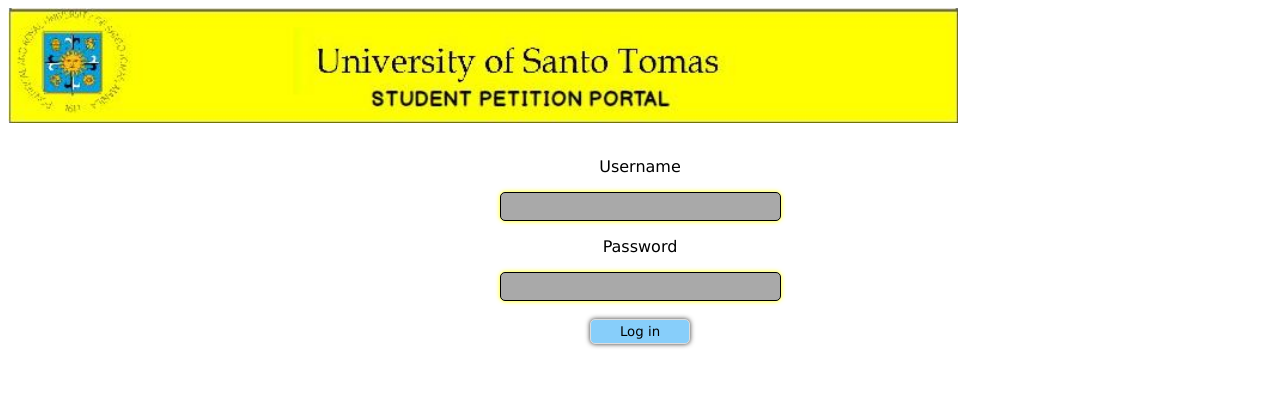
Repository: mawewatistel/PetitioningSystem
Page: http://localhost/SibuloTolentino/
These files come from the project's save history. The page is drawn as it stood at one moment and after the next save; the edit follows.
The browser window is 1280 px wide. The pictures show the whole page.
The page is served by Tomcat 9.

Above is the page before, as saved 2016-05-10 04:18:44.

### SibuloTolentino/WebContent/index.jsp
<%@ page language="java" contentType="text/html; charset=ISO-8859-1"
    pageEncoding="ISO-8859-1"%>
<!DOCTYPE html PUBLIC "-//W3C//DTD HTML 4.01 Transitional//EN" "http://www.w3.org/TR/html4/loose.dtd">
<html>
<head>
<meta http-equiv="Content-Type" content="text/html; charset=ISO-8859-1">
<title>Petition Classes</title>
</head>
<body>
<div id ="wrapperHeader">
<div id= "header">
<img src ="Images/ust.JPG" alt = "Missing Image!=" width = 950 height= >
</div>
</div>
<form action="login.jsp" method="post"> <br/>
<center><p>Username</p><input type="text" name="username"> <br/></center>
<center><p>Password</p><input type="password" name="password"> <br/>
<br><input type="submit" value="Log in"> </form> </center>

<style>
  input[type="text"] {
    background: #A9A9A9;
    border: 1px double black;
    border-radius: 5px;
    box-shadow: 0 0 5px yellow;
    color: black;
    outline: center;
    height:25px;
    width: 275px;
    font-family:"verdana";
  }

p{
	font-family: "verdana";
	alignment: left;
	}
input[type="submit"]{
    background: #87CEFA;
    border: 1px double #DDD;
    border-radius: 5px;
    box-shadow: 0 0 5px #333;
    color: ;
    outline: none;
    height:25px;
    width: 100px;
    font-family: "verdana";
    font-color: black;
}
input[type="password"]{
background: #A9A9A9;
    border: 1px double black;
    border-radius: 5px;
    box-shadow: 0 0 5px yellow;
    color: black;
    outline: center;
    height:25px;
    width: 275px;
    font-family:"verdana";
}
input.remove{
	}
</style>
</body>
</html>

After the next save:
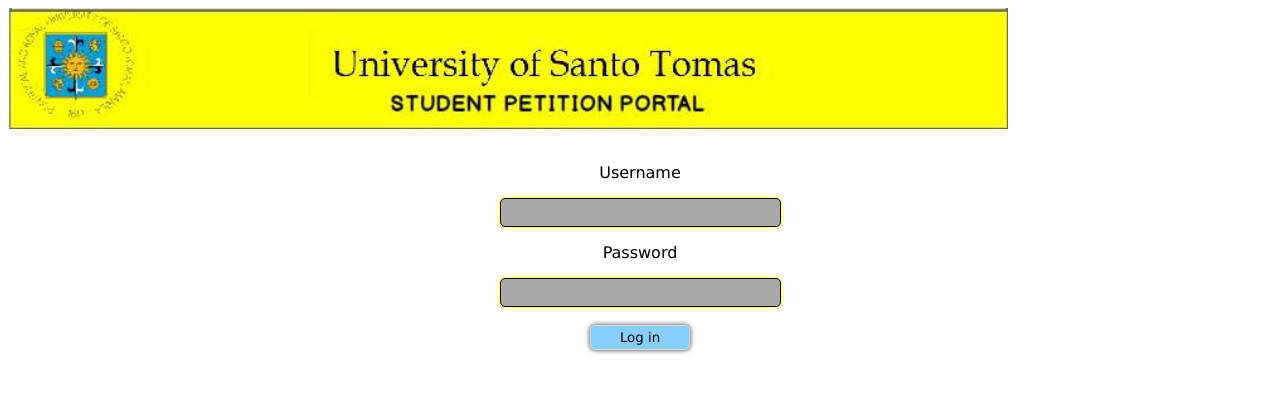
Saved 36 s later.
--- a/SibuloTolentino/WebContent/index.jsp
+++ b/SibuloTolentino/WebContent/index.jsp
@@ -9,7 +9,7 @@
 <body>
 <div id ="wrapperHeader">
 <div id= "header">
-<img src ="Images/ust.JPG" alt = "Missing Image!=" width = 950 height= >
+<img src ="Images/ust.JPG" alt = "Missing Image!=" width = 1000 height= >
 </div>
 </div>
 <form action="login.jsp" method="post"> <br/>
